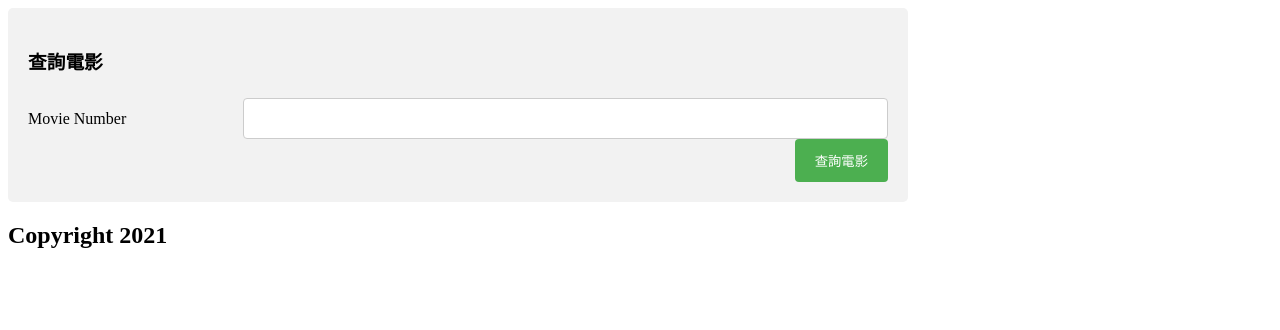
Repository: PEICHI26/Cinema
Page: http://localhost/Cinema/Query.jsp
These files come from the project's save history. The page is drawn as it stood at one moment and after the next save; the edit follows.
The browser window is 1280 px wide. The pictures show the whole page.
The page is served by Tomcat 9. Nobody is signed in. The application's start-up code is not run.

Above is the page before, as saved 2021-12-18 04:03:32.

After the next save:
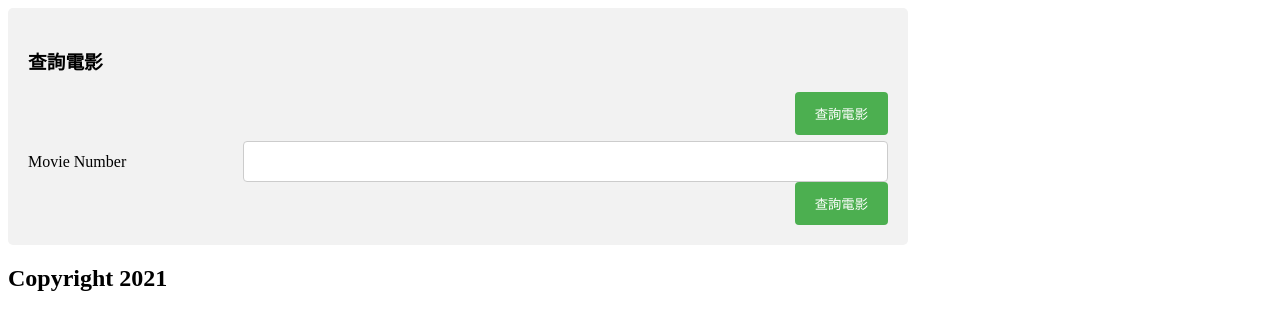
Saved 2 min 39 s later.
--- a/Cinema/src/main/webapp/Query.jsp
+++ b/Cinema/src/main/webapp/Query.jsp
@@ -77,6 +77,10 @@ input[type=submit]:hover {
 <h3>查詢電影</h3>
  <form action="MovieServlet" method="post">
   <div class="row">
+    <input type="submit" name="QUERYALL" value="查詢電影">
+  </div>
+
+  <div class="row">
     <div class="col-25">
       <label for="moviename">Movie Number</label>
     </div>
